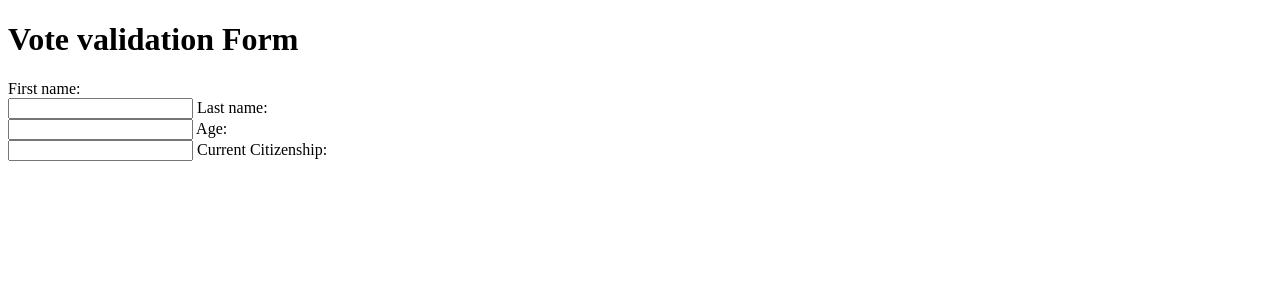
Repository: shafraz17/Servlet
Page: http://localhost/SemLab4/VoteForm.jsp
An editor plug-in stored every save of this project. The page is shown before and after the next save, followed by the edit.
The browser window is 1280 px wide. The pictures show the whole page.
The page is served by Tomcat 9. Other server files are loaded and not shown.

Above is the page before, as saved 2019-01-19 05:43:18.

### JSP LAB/SemLab4/WebContent/VoteForm.jsp
<%@ page language="java" contentType="text/html; charset=ISO-8859-1"
    pageEncoding="ISO-8859-1"%>
<!DOCTYPE html PUBLIC "-//W3C//DTD HTML 4.01 Transitional//EN" "http://www.w3.org/TR/html4/loose.dtd">
<html>
<head>
<meta http-equiv="Content-Type" content="text/html; charset=ISO-8859-1">
<title>Vote Form</title>
</head>
<body>
	<h1>Vote validation Form</h1>
	<form action="MyServlet" method="get">

	First name:<br>
	<input type="text" name="firstname">

	Last name:<br>
	<input type="text" name="lastname">

	Age:<br>
	<input type="text" name="age">

	Current Citizenship:<br>




	</form>

</body>
</html>

After the next save:
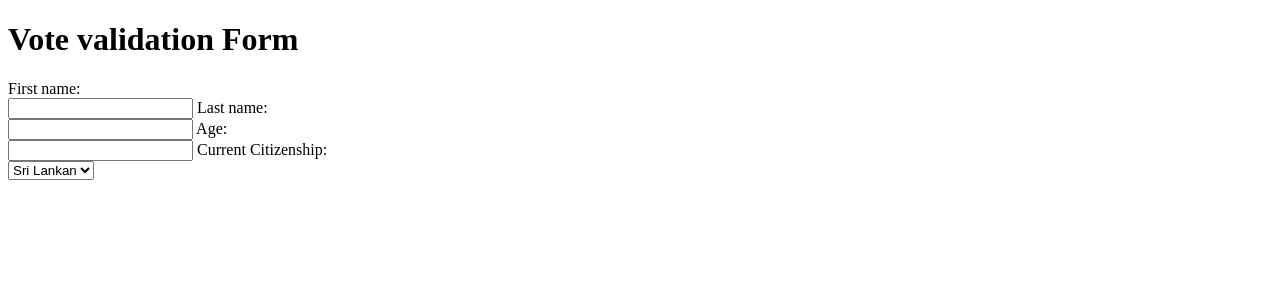
Saved 2 min 32 s later.
--- a/JSP LAB/SemLab4/WebContent/VoteForm.jsp
+++ b/JSP LAB/SemLab4/WebContent/VoteForm.jsp
@@ -20,7 +20,11 @@
 	<input type="text" name="age">
 
 	Current Citizenship:<br>
-
+	<select>
+  <option value="lanka">Sri Lankan</option>
+  <option value="india">Indian</option>
+  <option value="ausi">Australian</option>
+	</select>
 
 
 
